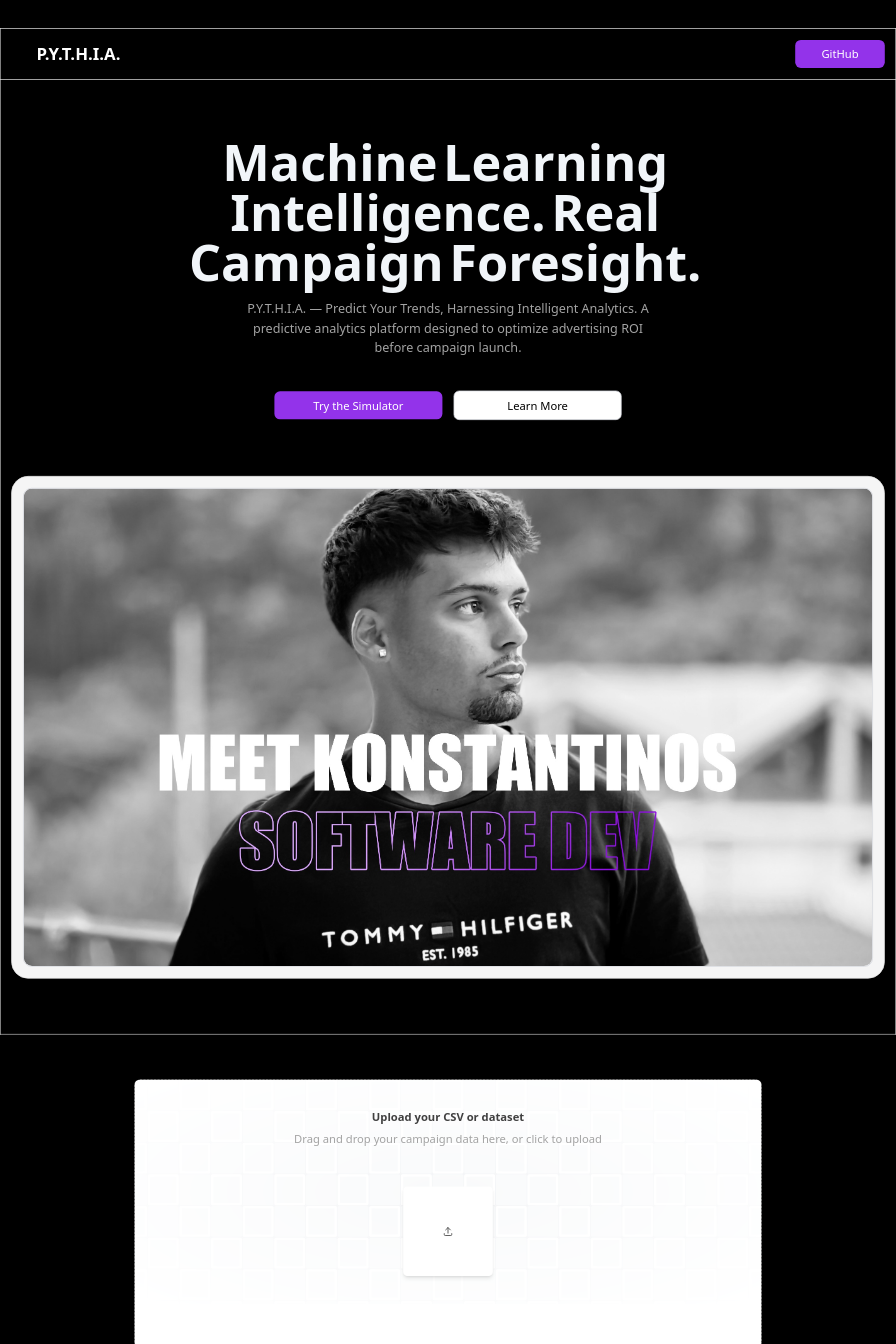
Repository: gaswiz/pythia-core
Page: / (app in frontend-v2/)
The author's editor kept a copy of each file at every save. The page is drawn from the files as they stood at one save, then again after the next save.
The browser window is 1280 px wide. The pictures show the part of the page from y = 0 to 1920 px (the page is 4713 px tall before and 720 px after), at 70% of full size.
Some web libraries are served in a nearby version. The project was rebuilt for these pictures with package versions that can differ from the ones it lists, and the page was loaded fresh each time. Also part of the build but not shown: frontend-v2/vite.config.js, frontend-v2/src/components/ui/ForecastReport.tsx.

Above is the page before, as saved 2025-05-28 12:32:11.

After the next save:
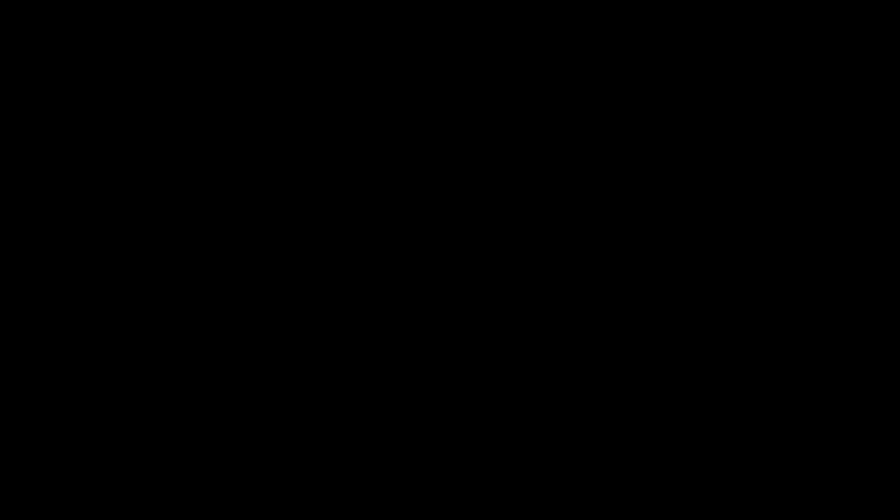
Console error: ReferenceError: Simulation is not defined
Saved 91 s later.
--- a/frontend-v2/src/App.jsx
+++ b/frontend-v2/src/App.jsx
@@ -2,8 +2,6 @@
 import HeroSectionOne from "./components/ui/hero-section-demo-1";
 import FileUploadDemo from "./components/ui/file-upload-demo";
 import CampaignSimulationForm from "./components/ui/CampaignSimulationForm";
-import Simulation from "./components/Simulation";
-import ScatterDataset from "./components/ScatterDataset";
 
 function App() {
   return (

After the save that followed:
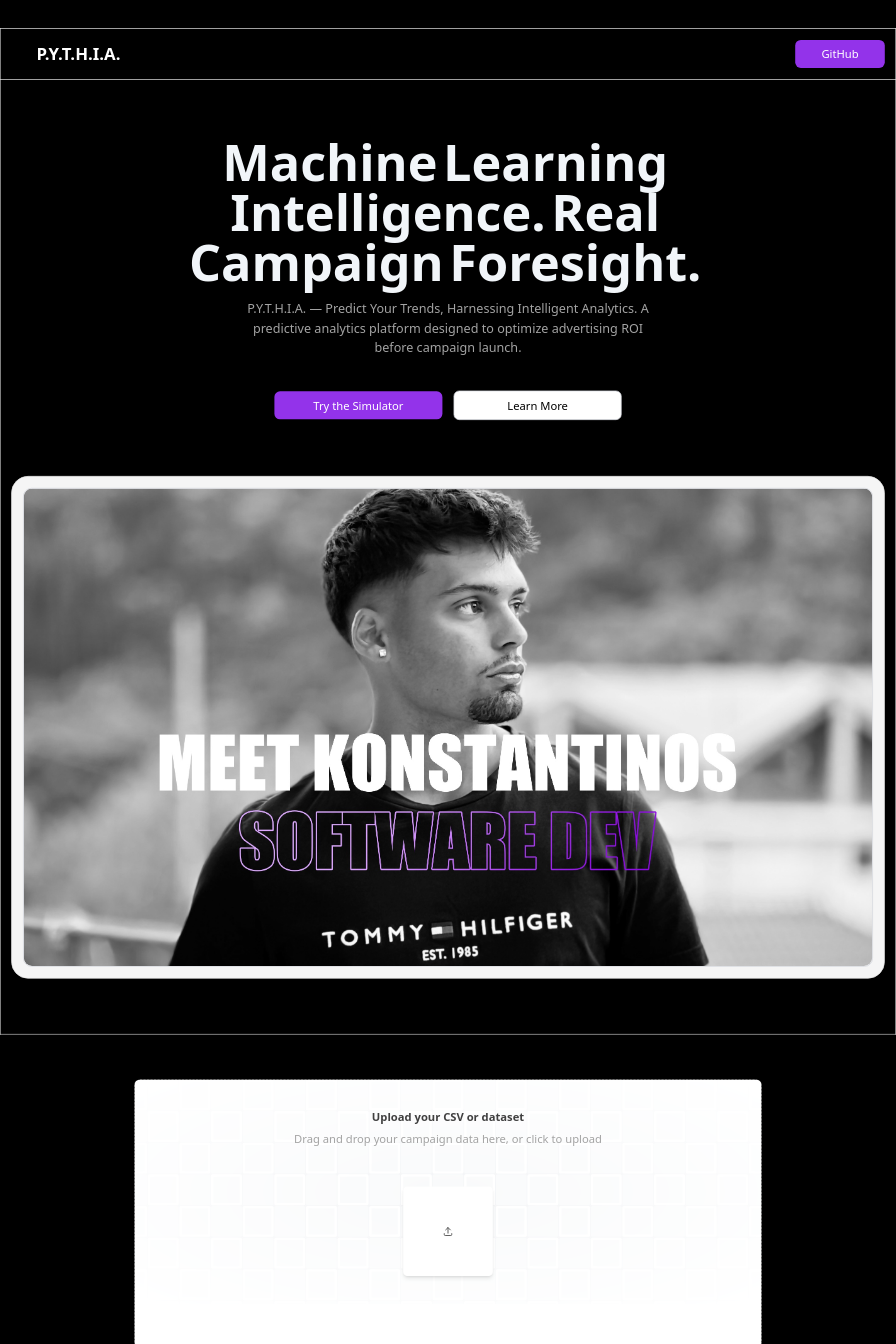
The error is gone.
Saved 6 s later.
--- a/frontend-v2/src/App.jsx
+++ b/frontend-v2/src/App.jsx
@@ -9,8 +9,6 @@
       <HeroSectionOne />
       <FileUploadDemo />
       <CampaignSimulationForm /> {/* new UI form */}
-      <Simulation /> keep this for fallback or backend connection
-      <ScatterDataset />
     </div>
   );
 }
